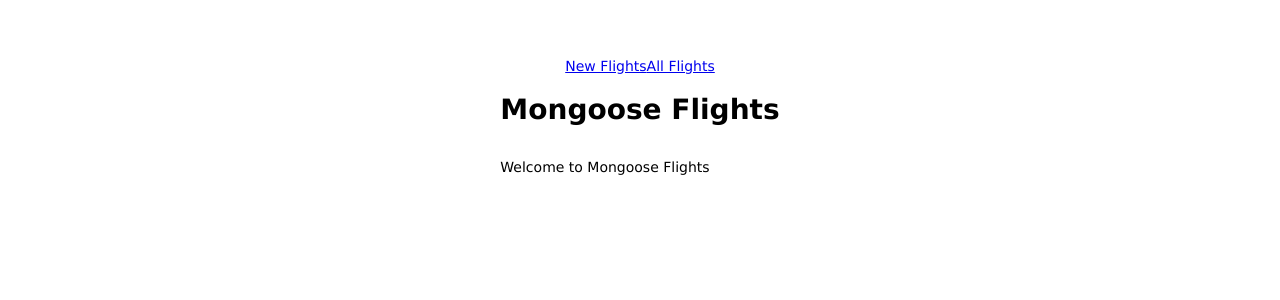
Repository: jmendoza13/mongoose-flights
Page: http://localhost/
The author's editor kept a copy of each file at every save. The page is drawn from the files as they stood at one save, then again after the next save.
The browser window is 1280 px wide. The pictures show the whole page.
The page is served by the project's Node server (server.js).

Above is the page before, as saved 2022-07-18 16:00:36.

After the next save:
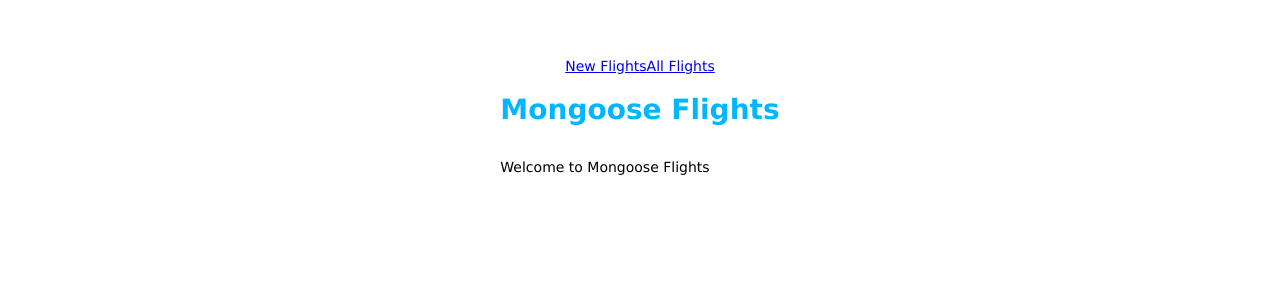
Saved 11 s later.
--- a/public/stylesheets/style.css
+++ b/public/stylesheets/style.css
@@ -9,7 +9,7 @@ body {
 
 }
 
-nav {
+nav, h1 {
   display: flex;
   color: #00B7FF;
   justify-content: center;
